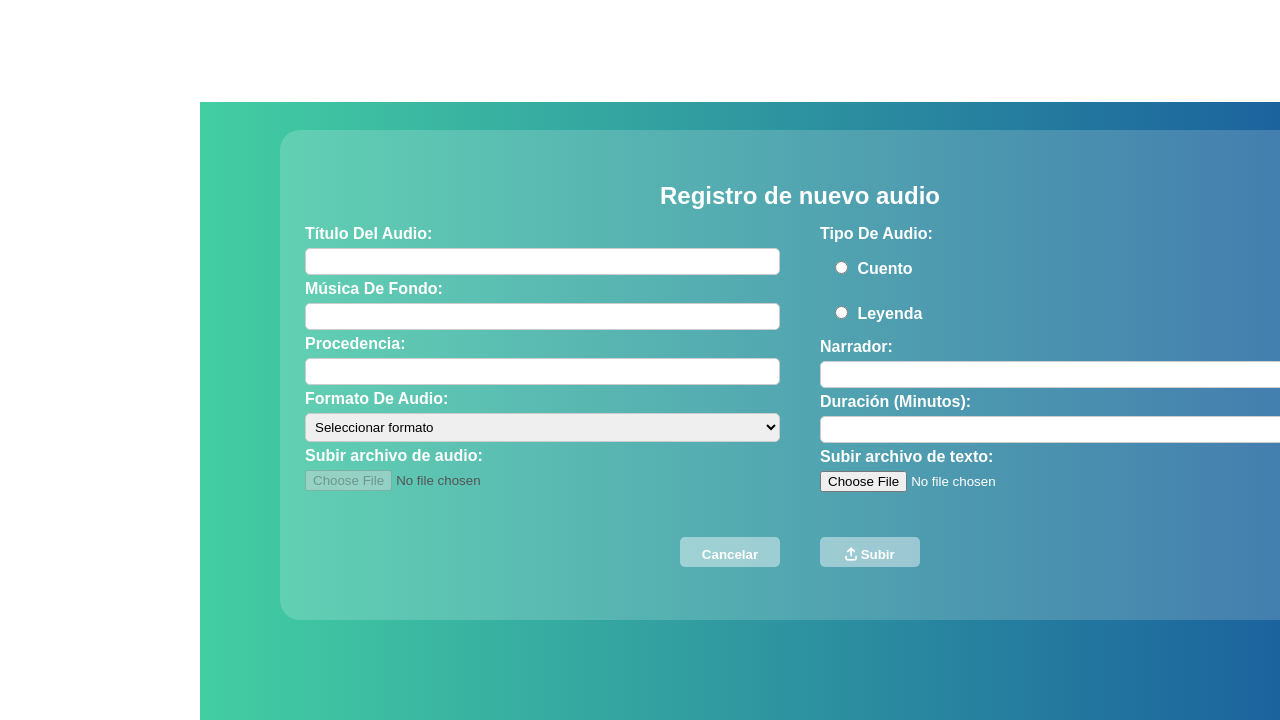
Repository: QubitDev/LaVozDeMiTierra
Page: src/app/pages/html/registro.html
An editor plug-in stored every save of this project. The page is shown before and after the next save, followed by the edit.
The browser window is 1280 px wide. The pictures show the whole page.
Some web libraries are served in a nearby version.

Above is the page before, as saved 2023-10-07 13:52:42.

### src/app/pages/html/registro.html
<!DOCTYPE html>
<html lang="en">
  <head>
    <meta charset="UTF-8" />
    <meta name="viewport" content="width=device-width, initial-scale=1.0" />
    <link
      rel="icon"
      type="image/x-icon"
      href="../assets/imageFolder/LogoLDMT.ico"
    />
    <link
      rel="stylesheet"
      href="https://cdnjs.cloudflare.com/ajax/libs/font-awesome/6.1.0/css/all.min.css"
    />

    <link rel="stylesheet" href="./../css/registro.css" />
    <title>Registrar Audio</title>
  </head>
  <body>
    <header></header>
    <div class="container__body">
      <div class="container__form">
        <h2>Registro de nuevo audio</h2>
        <form id="audio__form">
          <div class="container-inputs">
            <div class="container__input1">
              <label for="titulo_audio" class="form__label">Título Del Audio:</label>
              <input
                type="text"
                class="form__control"
                id="titulo_audio"
                required
                maxlength="30"
                minlength="10"
                oninput="validateTitle(this)"
              />

              <label for="musica_fondo" class="form__label">Música De Fondo:</label>
              <input
                type="text"
                class="form__control"
                id="musica_fondo"
                required
                maxlength="50"
                minlength="50"
                oninput="validateTitle(this)"
              />
              <label for="procedencia" class="form__label">Procedencia:</label>
              <input
                type="text"
                class="form__control"
                id="procedencia"
                required
                maxlength="30"
                minlength="4"
                oninput="validateTitle(this)"
              />

              <label for="formato" class="form__label">Formato De Audio:</label>
              <select
                name="formato_audio"
                id="formato_audio"
                class="form-select form-select-sm"
                onchange="updateAcceptAttribute()"
              >
                <option value="null">Seleccionar formato</option>
                <option value="MP3">MP3</option>
                <option value="WAV">WAV</option>
                <option value="AIFF">AIFF</option>
              </select>
              <label for="audioFile" class="form__label"
                >Subir archivo de audio:</label
              >
              <div class="file__chooser">
                <div class="container__upload">
                  <input type="file" accept=""  id="audioFileInput" disabled/>
                </div>
              </div>
            </div>
            <div class="container__input2">
              <label class="form__label">Tipo De Audio:</label>
              <div class="radio-group">
                <label for="cuento" class="form__label">
                  <input
                    type="radio"
                    class="form__radio__input"
                    id="cuento"
                    name="tipo_audio"
                    value="Cuento"
                    required
                  />
                  Cuento
                </label>
              </div>
              <div class="radio-group">
                <label for="leyenda" class="form__label">
                  <input
                    type="radio"
                    class="form__radio__input"
                    id="leyenda"
                    name="tipo_audio"
                    value="Leyenda"
                    required
                  />
                  Leyenda
                </label>
              </div>
              <label for="Narrador" class="form__label">Narrador:</label>
              <input
                type="text"
                class="form__control"
                id="narrador"
                name="narrador"
                required
                maxlength="50"
                minlength="2"
                oninput="validateTitle(this)"
              />
              <label for="duracion" class="form__label">Duración (Minutos):</label>
              <input
                type="text"
                readonly
                class="form__control"
                id="duracion"
                name="duracion"
              />
              <label for="textFile" class="form__label">Subir archivo de texto:</label>
              <div class="file__chooser">
                <div class="container__upload">
                  <input type="file" id="textFileInput" accept=".txt, .doc, .docs" />
                </div>
              </div>
            </div>
          </div>
          <div class="button-container">
            <div class="button__cancel">
              <button type="button" id="cancelButton">Cancelar</button>
            </div>
            <div class="button__submit">
              <button type="button" id="submitButton">
                <i class="fa-solid fa-arrow-up-from-bracket"></i> Subir
              </button>
            </div>
          </div>
        </form>
      </div>
    </d>
    <footer></footer>

    <script src="./../js/registro.js"></script>
  </body>
</html>

### src/app/pages/css/registro.css
.container__body {
  position: fixed;
  top: 102px;
  left: 200px;

  width: 1170px;
  height: 800px;
  /* top: 0%;
  left: 0%;
  width: 100%;
  height: 100%; */
  background: linear-gradient(to right, #43cea2, #185a9d);
  position: fixed;
}

.container__form {
  position: fixed;
  top: 110px;
  left: 280px;

  width: 1000px;
  height: 450px;

  display: flex;
  flex-direction: column;
  justify-content: center;

  background-color: rgba(255, 255, 255, 0.178);
  color: #fff;

  font-size: 16px;
  font-family: Arial, Helvetica, sans-serif;

  padding: 20px;
  margin: 20px auto;
  border-radius: 20px;
}

h2 {
  display: flex;
  justify-content: center;
  align-items: center;
  font-size: 24px;
  margin-bottom: 10px;
}

form {
  display: flex;
  flex-direction: column;
  justify-content: space-between;
}
.container-inputs {
  display: flex;
  flex-direction: row;
  justify-content: space-between;
}

.container__input1,
.container__input2 {
  flex: 1;
  display: flex;
  flex-direction: column;
  padding: 5px;
}

.container__input1 {
  margin-right: 15px;
}

.container__input2 {
  margin-left: 15px;
}

.form__control,
.form-select {
  padding: 5px;
  border: 1px solid #ccc;
  border-radius: 5px;
  margin-bottom: 5px;
}

.form__check__input {
  margin-right: 5px;
}

.form__label {
  font-weight: bold;
  margin-bottom: 5px;
}
/*
.form__submit {
  background-color: #007bff;
  color: #fff;
  padding: 5px;
  border: none;
  border-radius: 5px;
  cursor: pointer;
  font-weight: bold;
}

.form__submit:hover {
  background-color: #0056b3;
} */

.radio-group {
  display: flex;
  align-items: center;
  margin-bottom: 5px;
}

.radio-group input[type="radio"] {
  margin-right: 5px;
}

.radio-group label {
  margin: 10px;
  border-radius: 5px;
}

.container__input1,
.container__input2 {
  margin-bottom: 20px;
}

.button-container {
  display: flex;
  align-items: center;
  justify-content: center;
}

.button__submit button,
.button__cancel button {
  padding: 10px 20px;
  margin: 20px;
  background-color: #ffffff6e;
  color: #fff;
  border: none;
  border-radius: 5px;
  cursor: pointer;
  font-weight: bold;

  width: 100px;
  height: 30px;

  cursor: pointer;
  transition: background-color 0.3s;
}

/* .button__cancel button {
  margin-left: 0;
}

.button__submit button {
  margin-left: auto;
} */

.button__cancel button:hover {
  background-color: rgba(158, 0, 0, 0.575);
  color: rgba(245, 245, 245, 0.863);
}

.button__submit button:hover {
  background-color: rgba(5, 84, 173, 0.63);
  color: rgba(245, 245, 245, 0.863);
}

/* Estilo para cada contenedor de selección de archivos */
.file-chooser {
  display: flex;
  flex-direction: column;
  align-items: center;
  margin-bottom: 10px;
}

/* Estilo para las etiquetas de los archivos */
.form__label {
  font-weight: bold;
  margin-bottom: 5px;
}

/* Estilo para el diseño personalizado del input tipo archivo */
.file-chooser::before {
  content: "Seleccionar Archivo";
  display: inline-block;
  padding: 6px 12px;
  border: 2px solid #ccc;
  border-radius: 5px;
  cursor: pointer;
  text-align: center;
  background-color: #f5f5f5;
  color: #333;
}

/* Estilo para el diseño personalizado cuando se pasa el mouse sobre el input tipo archivo */
.file-chooser:hover::before {
  background-color: #dddddd;
}

/* Estilo para el diseño personalizado cuando se hace clic en el input tipo archivo */
.file-chooser::before:active {
  background-color: #ccc;
}

.select-button {
  padding: 10px 20px;
  font-size: 16px;
  background-color: #007bff;
  color: white;
  border: none;
  cursor: pointer;
}

### src/app/pages/js/registro.js
document.getElementById("cancelButton").addEventListener("click", onCancel);
document.getElementById("submitButton").addEventListener("click", onSubmit);
const audioInput = document.getElementById("audioFileInput");
const textInput = document.getElementById("textFileInput");

function onCancel() {
  resetForm();
}

function resetForm() {
  document.getElementById("audio__form").reset();
  this.audioInput.disabled = true;
  this.textInput.disabled = true;
}

function onSubmit(event) {
  event.preventDefault();

  const titulo = getValue("titulo_audio");
  const musica = getValue("musica_fondo");
  const procedencia = getValue("procedencia");
  const formato = getValue("formato_audio");
  const narrador = getValue("narrador");

  const tipoAudioElements = document.getElementsByName("tipo_audio");
  let tipoAudio = "";
  for (let i = 0; i < tipoAudioElements.length; i++) {
    if (tipoAudioElements[i].checked) {
      tipoAudioSeleccionado = tipoAudioElements[i].value;
      break;
    }
  }

  // Obtén el archivo de audio y el archivo de texto seleccionados
  const audio = audioInput.files[0];
  const text = textInput.files[0];

  // Crea un objeto FormData para enviar los archivos al servidor
  const formData = new FormData();
  formData.append("audio", audio);
  formData.append("text", text);

  //   // Envía los archivos al servidor utilizando fetch
  //   fetch("/guardar-archivos", {
  //     method: "POST",
  //     body: formData,
  //   })
  //     .then((response) => response.json())
  //     .then((data) => {
  //       alert(data.mensaje);
  //       resetForm();
  //     })
  //     .catch((error) => {
  //       alert("Error al enviar los archivos");
  //     });

  // Realizar lógica de envío o procesamiento aquí
  console.log("Título:", titulo);
  console.log("Música de Fondo:", musica);
  console.log("Procedencia:", procedencia);
  console.log("Formato de Audio:", formato);
  console.log("Tipo de Audio:", tipoAudio);
  console.log("Narrador:", narrador);

  // Restablecer el formulario
  resetForm();
}

// function getValue(elementId) {
//   return document.getElementById(elementId).value;
// }

function validateTitle(inputElement) {
  const inputValue = inputElement.value;

  if (!/^[a-zA-Z\s]+$/.test(inputValue)) {
    alert("No se admiten caracteres especiales en el Título del Audio.");
    inputElement.value = "";
  }
}
// obtener el valor del elemento por id
function getValue(id) {
  return document.getElementById(id).value;
}

// Captura de audio
audioFileInput.addEventListener("change", function () {
  const selectedAudioFile = audioInput.files[0];
  textInput.disabled = false;
  if (selectedAudioFile) {
    // Aquí puedes trabajar con el archivo de audio seleccionado
    console.log("Nombre del archivo de audio:", selectedAudioFile.name);
    console.log("Tipo del archivo de audio:", selectedAudioFile.type);
  }
});

// Validación de elección de elemento en el file chooser de audio
function updateAcceptAttribute() {
  const formatoSelect = document.getElementById("formato_audio");
  // const audioFileInput = document.getElementById("audioFileInput");

  switch (formatoSelect.value) {
    case "MP3":
      audioInput.disabled = false;
      audioInput.accept = ".mp3";
      // textInput.disabled = false;
      break;
    case "WAV":
      audioInput.disabled = false;
      audioInput.accept = ".wav";
      // textInput.disabled = false;
      break;
    case "AIFF":
      audioInput.disabled = false;
      audioInput.accept = ".aiff";
      // textInput.disabled = false;
      break;
    default:
      audioInput.disabled = true;
      audioInput.accept = "";
      // textInput.disabled = true;
  }
}

// Obtener la duración del audio
audioInput.addEventListener("change", function () {
  const audio = this.files[0];
  const durationField = document.getElementById("duracion");

  if (audio) {
    getAudioDuration(audio).then((duration) => {
      const minutes = parseFloat(duration);

      if (!isNaN(minutes) && minutes >= 3 && minutes <= 20) {
        durationField.value = duration;
        // textInput.disabled = false;
      } else {
        alert("La duración del audio debe estar entre 3 y 10 minutos.");
        this.value = "";
        durationField.value = "";
        // this.disabled = true;
        document.getElementById("formato_audio").value = "";
      }
    });
  } else {
    duracionField.value = "";
    // this.disabled = false;
  }
});

// Función para obtener la duración del archivo de audio
function getAudioDuration(file) {
  return new Promise((resolve) => {
    const audioElement = document.createElement("audio");
    audioElement.src = URL.createObjectURL(file);

    audioElement.addEventListener("loadedmetadata", () => {
      const durationInSeconds = audioElement.duration;
      const minutes = Math.floor(durationInSeconds / 60);
      const seconds = Math.floor(durationInSeconds % 60);

      const formattedDuration = `${minutes}:${seconds
        .toString()
        .padStart(2, "0")}`;
      resolve(formattedDuration);
    });
  });
}

After the next save:
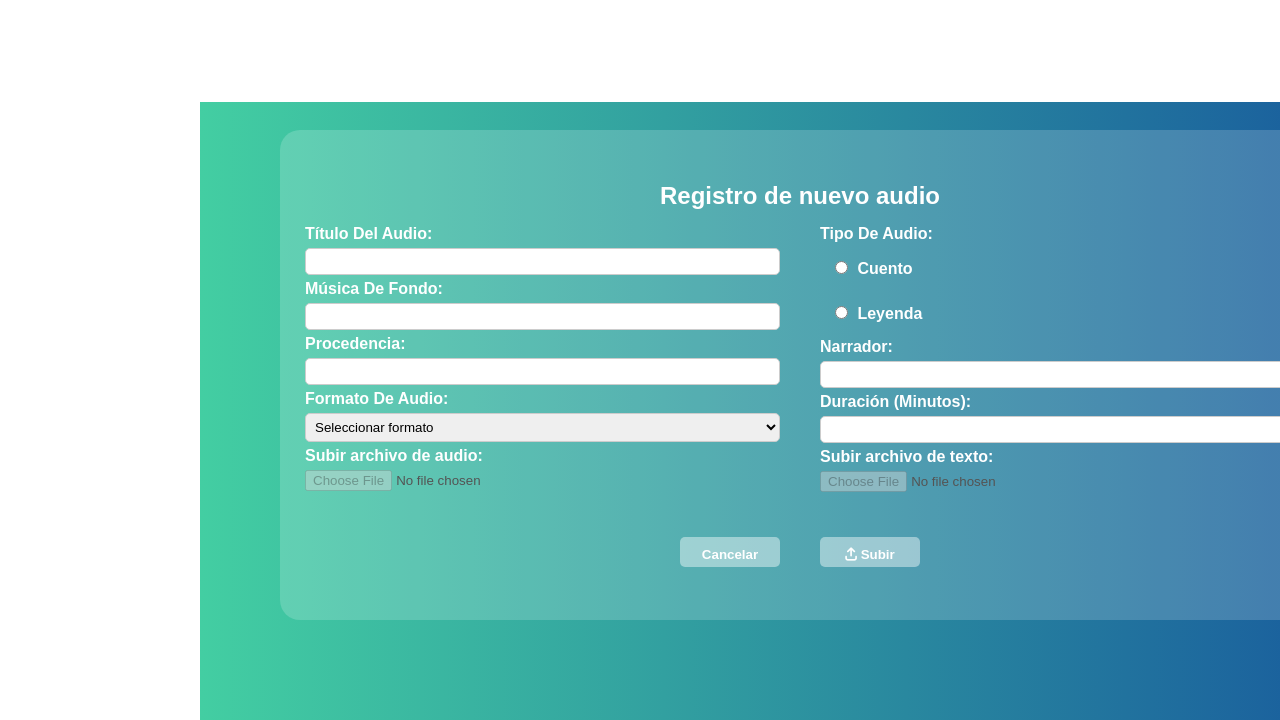
Saved 5 s later.
--- a/src/app/pages/html/registro.html
+++ b/src/app/pages/html/registro.html
@@ -127,7 +127,7 @@
               <label for="textFile" class="form__label">Subir archivo de texto:</label>
               <div class="file__chooser">
                 <div class="container__upload">
-                  <input type="file" id="textFileInput" accept=".txt, .doc, .docs" />
+                  <input type="file" id="textFileInput" accept=".txt, .doc, .docs" disabled/>
                 </div>
               </div>
             </div>
